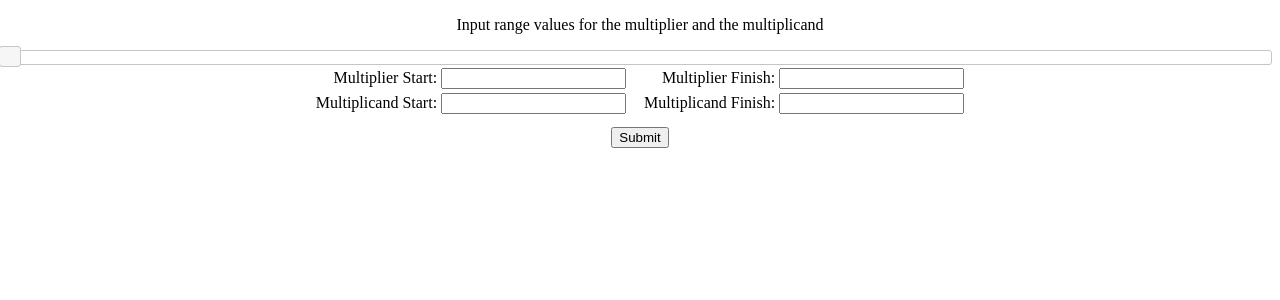
Repository: khrasna/HW4Part2
Page: index.html
An editor plug-in stored every save of this project. The page is shown before and after the next save, followed by the edit.
The browser window is 1280 px wide. The pictures show the whole page.
Some web libraries are served in a nearby version.

Above is the page before, as saved 2021-11-13 16:16:21.

### index.html
<!-- HTML file for Assignment 3
By Karsten Hrasna  email Karsten_Hrasna@student.uml.edu-->
<!DOCTYPE html>
<html>

<head>
    <title>Multiplication Table</title>
    <link rel="stylesheet" href="style.css">
    <script src="https://ajax.googleapis.com/ajax/libs/jquery/3.5.1/jquery.min.js"></script>
    <script src="dist/jquery.validate.min.js"></script>
    <script src="formvalidate.js"></script>
    <script src="https://ajax.googleapis.com/ajax/libs/jqueryui/1.11.4/jquery-ui.min.js"></script>
    <link rel="stylesheet" href="https://ajax.googleapis.com/ajax/libs/jqueryui/1.11.4/themes/smoothness/jquery-ui.css">
</head>

<body>
    <p>Input range values for the multiplier and the multiplicand</p>
    <div id="container">
        <!-- Learned from W3schools. Creates a form which takes number ranges for multiplier and multiplicand. -->

        <form id="FormInput" action="javascript:void(0);" method="get"> <!--Learned about javascript:void(0) from Dutchie432 at https://stackoverflow.com/questions/1818249/form-with-no-action-and-where-enter-does-not-reload-page-->
            <table>
                <tr>
                    <div id="slider-1"></div>
                    <td class="pad">Multiplier Start: <input input="text" name="MultiplierStart"></td>
                    <td>Multiplier Finish: <input type="text" name="MultiplierFinish"></td>
                </tr>
                <tr>
                    <td class="pad">Multiplicand Start: <input type="text" name="MultiplicandStart"></td>
                    <td>Multiplicand Finish: <input type="text" name="MultiplicandFinish"></td>
                </tr>
            </table>
            <input type="submit" value="Submit"> <!--goes directly under form and processes the input to create a mult table-->
        </form>
    </div>


</body>

</html>

### style.css
/*Created by Karsten Hrasna. email: Karsten_Hrasna@student.uml.edu*/
html,
body {
    height: 97%;
    text-align: center;
}

#slider-1 {}

div#container {
    display: grid;
    grid-template-columns: 100%;
    /* top row of grid holds the form for input, the rest of page holds the multiplication table*/
    grid-template-rows: minmax(90px, 15%) auto;
    height: 97%;

}

#multTable {
    margin: auto;
    border-collapse: separate;
    border-spacing: 0;
    grid-row: 2;
    /*the dynamically sized multiplication table */
    margin-top: 0px;
    border-bottom: 0px;

}

input[type=submit] {
    /* submit button under form spaced here */
    margin-top: 10px;
    margin-bottom: 0px;
}

#multTable td,
th {
    border: solid;
    border-color: black;
    min-width: 70px;
    font-size: 30px;
    height: 70px;
}


#multTable th {
    position: sticky;
    top: 0px;
    border-right: solid;
    border-right-color: white;
    border-bottom: solid;
    border-bottom-color: white;
    background-color: black;
    color: white;

}

#multTable th:first-child {
    position: sticky;
    top: 70px;
    left: 0;
}


.sticky {
    position: fixed;
    top: 0px;
    /* get the headers to stay fixed on mult table */
    width: 100%;
}

#multTable tr:first-child th:first-child {
    border: none;
    background-color: white;
}

#multTable p.inputError {
    margin: 0px;
}

form {
    grid-row: 1;
    margin-bottom: 0px;
}

table {
    margin-left: auto;
    margin-right: auto;
}

form td {
    text-align: right;
    /*line up the input form textboxes*/
}

form p {
    margin: 0px;
}

td.pad {
    padding-right: 15px;
}

### formvalidate.js
$(function () {

    $("#slider-1").slider();

    $.validator.addMethod("less", function (value, element, params) {
        return this.optional(element) || value <= params[0].value; //checks to make sure that the starts are less than the finishes, learned from
    });                                                           // https://jqueryvalidation.org/jQuery.validator.addMethod/

    var valid = $('input[value="Submit"]').on("click", function () {
        $("#multTable").remove();

        $("#FormInput").validate({
            onkeyup: false,     //this makes it so the validator doesnt update the error messages whenever new input is typed. only validates when submit is hit.
            onfocusout: false,  //learned about onkeyup, and onfocusout at https://www.sitepoint.com/jquery-validation-validate-form-submit/
            rules: {
                MultiplierStart: {
                    digits: true,
                    less: $('input[name="MultiplierFinish"]'),
                    required: true,
                    range: [-50, 50]
                },
                MultiplierFinish: {
                    required: true,
                    digits: true,
                    range: [-50, 50]
                },

                MultiplicandStart: {
                    digits: true,
                    less: $('input[name="MultiplicandFinish"]'),
                    required: true,
                    range: [-50, 50]
                },

                MultiplicandFinish: {
                    digits: true,
                    required: true,
                    range: [-50, 50]
                }
            },

            messages: {
                MultiplierStart: {
                    digits: "Multiplier Start must be a digit",
                    required: "Multiplier Start must be a digit between -50 and 50",
                    range: "The range of Multiplier Start must stay within -50 and 50",
                    less: "The value of Multiplier Start must be less than or equal to Multiplier Finish."
                },

                MultiplierFinish: {
                    digits: "Multiplier Finish must be a digit",
                    required: "Multiplier Finish must be a digit between -50 and 50",
                    range: "The range of Multiplier Finish must stay within -50 and 50",
                },

                MultiplicandStart: {
                    digits: "Multiplicand Start must be a digit",
                    required: "Multiplicand Start must be a digit between -50 and 50",
                    range: "The range of Multiplicand Start must stay within -50 and 50",
                    less: "The value of Multiplicand Start must be less than or equal to Multiplicand Finish."
                },

                MultiplicandFinish: {
                    digits: "Multiplicand Finish must be a digit",
                    required: "Multiplicand Finish must be a digit between -50 and 50",
                    range: "The range of Multiplicand Finish must stay within -50 and 50",
                }
            },

            errorPlacement: function (error, element) {
                $(error).appendTo($(('#FormInput')));
            },
            errorElement: "p"

        });

        if ($("#FormInput").valid()) {
            process();
        }

    });

});

function process() {
    debugger;
    var multStart = $('input[name="MultiplierStart"]').val();
    var multFinish = $('input[name="MultiplierFinish"]').val();
    var multiplicandStart = $('input[name="MultiplicandStart"]').val();
    var multiplicandFinish = $('input[name="MultiplicandFinish"]').val();


    if (document.getElementById("multTable")) { //remove old table
            var old = document.getElementById("multTable");
            old.remove();
    };

     //clear old table and create a table with size based on input given
        const top = [];
        const left = []; //these will hold the values of the multiplier and multiplicand
        var rows = multFinish - multStart;
        var cols = multiplicandFinish - multiplicandStart;
        var d = document.getElementById("container");
        for (var i = 0; i <= rows; i++) {
            left[i] = (+multiplicandStart + +i); //the + before variable name turns them into integers for addition
        }
        for (var i = 0; i <= cols; i++) {
            top[i] = (+multStart + +i);
        }
        var table = createTable(rows, cols, top, left); //create table based on total rows and cols, and top and left are the sets of multipliers and multiplicands
        table.id = "multTable";
        d.append(table);
}

function createTable(rows, cols, top, left) {
    var t = document.createElement('table');
    for (var x = 0; x <= rows + 1; x++) { // rows and cols + 1 to indicate ranges of numbers
        var r = document.createElement('tr');
        t.appendChild(r);
        for (var y = 0; y <= cols + 1; y++) {   //creates the cols of the table row by row
            if (x == 0) {
                var c = document.createElement('th'); //create and insert element based on position in table
                c.id = "topHeader";
                if (y != 0) {
                    c.innerHTML = top[y - 1]; // - 1 because it is moved over 1 to the right
                }
            } else if (y == 0) {
                var c = document.createElement('th');
                if (x != 0) {
                    c.innerHTML = left[x - 1];
                }
            } else {
                var c = document.createElement('td');
                c.innerHTML = top[y - 1] * left[x - 1];
                if (((y % 2) + (x % 2)) == 0 || ((y % 2) + (x % 2)) == 2) { // checker board effect
                    c.style.backgroundColor = "gray";
                }

            }
            r.appendChild(c);
        }
    }

    return t;
}

Loaded but not shown: dist/jquery.validate.min.js (library)

After the next save:
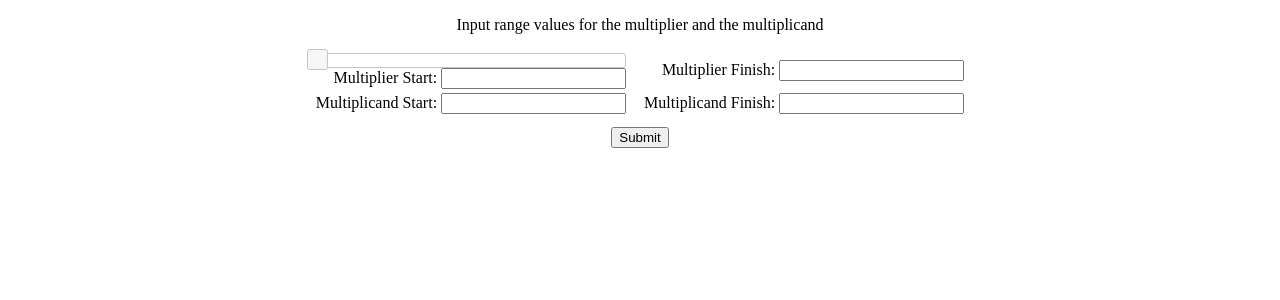
Saved 108 s later.
--- a/index.html
+++ b/index.html
@@ -21,8 +21,8 @@ By Karsten Hrasna  email Karsten_Hrasna@student.uml.edu-->
         <form id="FormInput" action="javascript:void(0);" method="get"> <!--Learned about javascript:void(0) from Dutchie432 at https://stackoverflow.com/questions/1818249/form-with-no-action-and-where-enter-does-not-reload-page-->
             <table>
                 <tr>
-                    <div id="slider-1"></div>
-                    <td class="pad">Multiplier Start: <input input="text" name="MultiplierStart"></td>
+
+                    <td class="pad"><div id="slider-1"></div>Multiplier Start: <input input="text" name="MultiplierStart"></td>
                     <td>Multiplier Finish: <input type="text" name="MultiplierFinish"></td>
                 </tr>
                 <tr>
